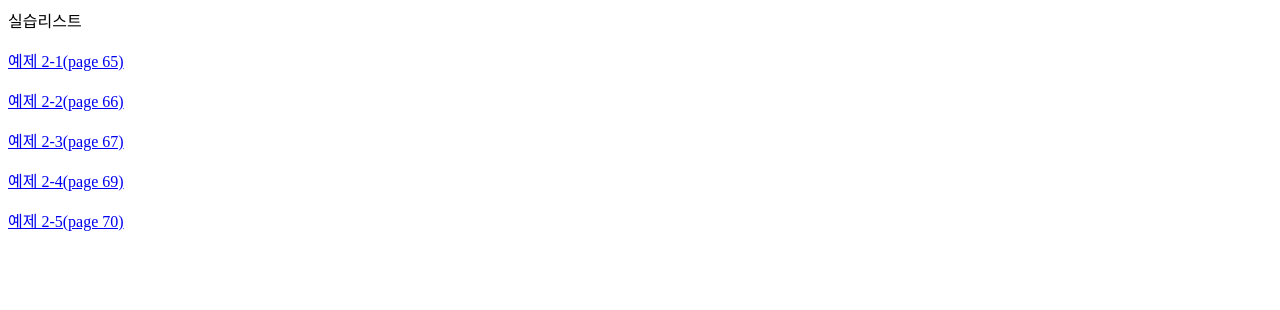
Repository: HyeongWook22/JSP
Page: http://localhost/jspbook/
These files come from the project's save history. The page is drawn as it stood at one moment and after the next save; the edit follows.
The browser window is 1280 px wide. The pictures show the whole page.
The page is served by Tomcat 10. Nobody is signed in. The application's start-up code is not run. Other server files are loaded and not shown.

Above is the page before, as saved 2024-10-08 01:36:26.

### jspbook/src/main/webapp/index.jsp
<%@ page language="java" contentType="text/html; charset=UTF-8"
    pageEncoding="UTF-8"%>
<!DOCTYPE html>
<html>
<head>
<meta charset="UTF-8">
<title>JSP 실습</title>
</head>
<body>
	실습리스트
	<p><a href = "2_1">예제 2-1(page 65)</a></p>
	<p><a href = "2_2">예제 2-2(page 66)</a></p>
	<p><a href = "2_3">예제 2-3(page 67)</a></p>
	<p><a href = "2_4">예제 2-4(page 69)</a></p>
	<p><a href = "2_5">예제 2-5(page 70)</a></p>
</body>
</html>

After the next save:
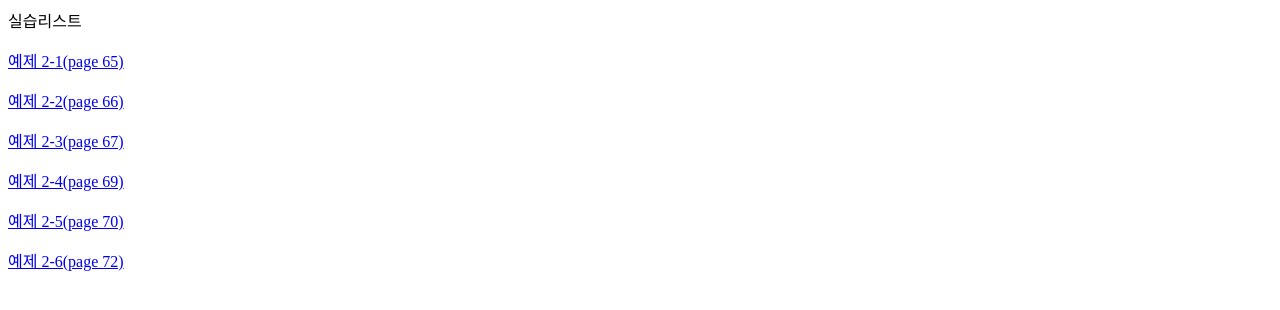
Saved 6 min 32 s later.
--- a/jspbook/src/main/webapp/index.jsp
+++ b/jspbook/src/main/webapp/index.jsp
@@ -13,5 +13,6 @@
 	<p><a href = "2_3">예제 2-3(page 67)</a></p>
 	<p><a href = "2_4">예제 2-4(page 69)</a></p>
 	<p><a href = "2_5">예제 2-5(page 70)</a></p>
+	<p><a href = "2_6">예제 2-6(page 72)</a></p>
 </body>
 </html>
